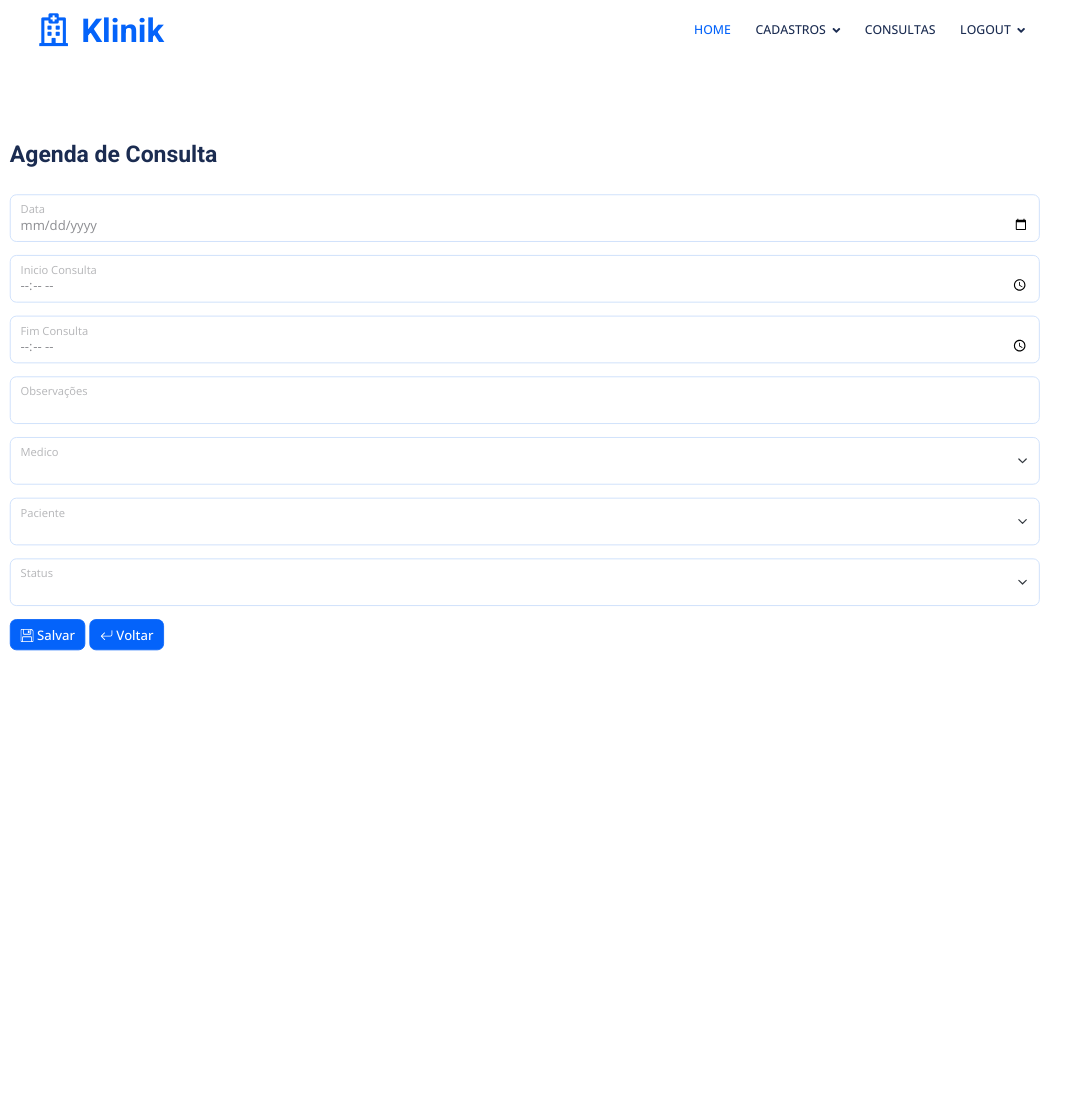
Repository: henrickrufino91/AgendaConsultas
Page: http://localhost/consulta/novaConsulta
These files come from the project's save history. The page is drawn as it stood at one moment and after the next save; the edit follows.
The browser window is 1280 px wide. The page is 1331 px wide, so the pictures cover 1331 px, including what lies to the right of the window. The pictures show the whole page, at 82% of full size.
Some web libraries are served in a nearby version. The page is this project's Thymeleaf template; nobody is signed in. The template is opened directly, without the code that normally fills it, so the values that code supplies are empty.

Above is the page before, as saved 2024-12-26 14:52:36.

### clinica/src/main/resources/templates/consulta/novaConsulta.html
<!DOCTYPE html>
<html lang="en">

<head>
    <meta charset="utf-8">
    <title>Nova Consulta</title>
    <meta content="width=device-width, initial-scale=1.0" name="viewport">
    <meta content="" name="keywords">
    <meta content="" name="description">

    <!-- Favicon -->
    <link href="img/favicon.ico" rel="icon">

    <!-- Google Web Fonts -->
    <link rel="preconnect" href="https://fonts.googleapis.com">
    <link rel="preconnect" href="https://fonts.gstatic.com" crossorigin>
    <link href="https://fonts.googleapis.com/css2?family=Open+Sans:wght@400;500&family=Roboto:wght@500;700;900&display=swap" rel="stylesheet">

    <!-- Icon Font Stylesheet -->
    <link href="https://cdnjs.cloudflare.com/ajax/libs/font-awesome/5.10.0/css/all.min.css" rel="stylesheet">
    <link href="https://cdn.jsdelivr.net/npm/bootstrap-icons@1.4.1/font/bootstrap-icons.css" rel="stylesheet">

    <!-- Libraries Stylesheet -->
    <link href="lib/animate/animate.min.css" rel="stylesheet">
    <link href="lib/owlcarousel/assets/owl.carousel.min.css" rel="stylesheet">
    <link href="lib/tempusdominus/css/tempusdominus-bootstrap-4.min.css" rel="stylesheet" />

    <!-- Customized Bootstrap Stylesheet -->
    <link href="css/bootstrap.min.css" rel="stylesheet">

    <!-- Template Stylesheet -->
    <link href="css/style.css" rel="stylesheet">
</head>

<body>
    <!-- Spinner Start -->
    <div id="spinner" class="show bg-white position-fixed translate-middle w-100 vh-100 top-50 start-50 d-flex align-items-center justify-content-center">
        <div class="spinner-grow text-primary" style="width: 3rem; height: 3rem;" role="status">
            <span class="sr-only">Loading...</span>
        </div>
    </div>
    <!-- Spinner End -->


    <!-- Topbar Start -->
    <div class="container-fluid bg-light p-0 wow fadeIn" data-wow-delay="0.1s">

    </div>
    <!-- Topbar End -->


    <!-- Navbar Start -->
    <nav class="navbar navbar-expand-lg bg-white navbar-light sticky-top p-0 wow fadeIn" data-wow-delay="0.1s">
        <a href="index.html" class="navbar-brand d-flex align-items-center px-4 px-lg-5">
            <h1 class="m-0 text-primary"><i class="far fa-hospital me-3"></i>Klinik</h1>
        </a>
        <button type="button" class="navbar-toggler me-4" data-bs-toggle="collapse" data-bs-target="#navbarCollapse">
            <span class="navbar-toggler-icon"></span>
        </button>
        <div class="collapse navbar-collapse" id="navbarCollapse">
            <div class="navbar-nav ms-auto p-4 p-lg-0">
                <a th:href="@{/index}" class="nav-item nav-link active">Home</a>

                <div class="nav-item dropdown">
                    <a href="#" class="nav-link dropdown-toggle" data-bs-toggle="dropdown">Cadastros</a>
                    <div class="dropdown-menu rounded-0 rounded-bottom m-0">
                       <a th:href="@{/novoPaciente}" class="dropdown-item">Pacientes</a>
                        <a th:href="@{/novoMedico}" class="dropdown-item">Médicos(as)</a>
                        <a th:href="@{/novoUsuario}" class="dropdown-item">Usuários</a>

                    </div>
                </div>
                <a th:href="@{/novaConsulta}" class="nav-item nav-link">Consultas</a>

                <div class="nav-item dropdown">
                    <a href="#" class="nav-link dropdown-toggle" data-bs-toggle="dropdown">Logout</a>
                    <div class="dropdown-menu rounded-0 rounded-bottom m-0">
                        <a th:href="@{/logout}" class="dropdown-item">Sair</a>

                    </div>
                </div>

            </div>
        </div>
    </nav>
    <!-- Navbar End -->


    <!-- Header Start -->
    <div class="container-fluid header bg-primary p-0 mb-5">




    </div>
    <!-- Header End -->


    <!-- About Start -->
    <div class="container-xxl py-5">

       <form method="post" th:action="@{/salvarConsulta}" th:object="${consulta}" autocomplete="off">

											<div class="alert alert-danger" role="alert" th:if="${msg}">
												<strong th:text="${msg}"></strong>
											</div>


											<h3>Agenda de Consulta</h3>

											<br>

                                            <div class="form-floating mb-3" id="a1">
                                                <input class="form-control" th:field="*{dataConsulta}" id="inputEmail" type="date" />
                                                <label for="inputEmail">Data</label>
                                            </div>

                                             <div class="form-floating mb-3" id="a1">
                                                <input class="form-control" th:field="*{inicioConsulta}" id="inputEmail" type="time" />
                                                <label for="inputEmail">Inicio Consulta</label>
                                            </div>

                                             <div class="form-floating mb-3" id="a1">
                                                <input class="form-control" th:field="*{fimConsulta}" id="inputEmail" type="time" />
                                                <label for="inputEmail">Fim Consulta</label>
                                            </div>

                                             <div class="form-floating mb-3" id="a1">
                                                <input class="form-control" th:field="*{observacoes}" id="inputEmail" type="text" />
                                                <label for="inputEmail">Observações</label>
                                            </div>


                                          	<div class="form-floating mb-3" id="a1">

  											<select class="form-select" name="f" aria-label="Default select example" th:field="*{medico}">

       						 				<option th:each="m : ${listarMedicos}" th:value="${m.codMedico}" th:text="${m.nomeMedico}" />
                           					</select>
                                            <label for="inputEmail">Medico</label>

                                            </div>


                                          	<div class="form-floating mb-3" id="a1">

  											<select class="form-select" name="f" aria-label="Default select example" th:field="*{paciente}">

       						 				<option th:each="p : ${listarPacientes}" th:value="${p.codPaciente}" th:text="${p.nomePaciente}" />
                           					</select>
                                            <label for="inputEmail">Paciente</label>

                                            </div>


                                          	<div class="form-floating mb-3" id="a1">

  											<select class="form-select" name="f" aria-label="Default select example" th:field="*{status}">

       						 				<option th:each="s : ${listarStatus}" th:value="${s.codStatus}" th:text="${s.descricao}" />
                           					</select>
                                            <label for="inputEmail">Status</label>

                                            </div>






                                            <div id="btt" class="form-floating mb-3">

										    <button type="submit" class="btn btn-primary"><svg xmlns="http://www.w3.org/2000/svg" width="16" height="16" fill="currentColor" class="bi bi-floppy" viewBox="0 0 16 16">
  											<path d="M11 2H9v3h2z"/>
  											<path d="M1.5 0h11.586a1.5 1.5 0 0 1 1.06.44l1.415 1.414A1.5 1.5 0 0 1 16 2.914V14.5a1.5 1.5 0 0 1-1.5 1.5h-13A1.5 1.5 0 0 1 0 14.5v-13A1.5 1.5 0 0 1 1.5 0M1 1.5v13a.5.5 0 0 0 .5.5H2v-4.5A1.5 1.5 0 0 1 3.5 9h9a1.5 1.5 0 0 1 1.5 1.5V15h.5a.5.5 0 0 0 .5-.5V2.914a.5.5 0 0 0-.146-.353l-1.415-1.415A.5.5 0 0 0 13.086 1H13v4.5A1.5 1.5 0 0 1 11.5 7h-7A1.5 1.5 0 0 1 3 5.5V1H1.5a.5.5 0 0 0-.5.5m3 4a.5.5 0 0 0 .5.5h7a.5.5 0 0 0 .5-.5V1H4zM3 15h10v-4.5a.5.5 0 0 0-.5-.5h-9a.5.5 0 0 0-.5.5z"/>
											</svg>  Salvar</button>


                                            <a class="btn btn-primary" th:href="@{/}"><svg xmlns="http://www.w3.org/2000/svg" width="16" height="16" fill="currentColor" class="bi bi-arrow-return-left" viewBox="0 0 16 16">
  											<path fill-rule="evenodd" d="M14.5 1.5a.5.5 0 0 1 .5.5v4.8a2.5 2.5 0 0 1-2.5 2.5H2.707l3.347 3.346a.5.5 0 0 1-.708.708l-4.2-4.2a.5.5 0 0 1 0-.708l4-4a.5.5 0 1 1 .708.708L2.707 8.3H12.5A1.5 1.5 0 0 0 14 6.8V2a.5.5 0 0 1 .5-.5"/>
											</svg> Voltar</a>


                                            </div>

                                        </form>




    </div>
    <!-- About End -->


    <!-- Service Start -->
    <div class="container-xxl py-5">

    </div>
    <!-- Service End -->


    <!-- Feature Start -->
    <div class="container-fluid bg-primary overflow-hidden my-5 px-lg-0">

    </div>
    <!-- Feature End -->


    <!-- Team Start -->
    <div class="container-xxl py-5">

    </div>
    <!-- Team End -->


    <!-- Appointment Start -->
    <div class="container-xxl py-5">

    </div>
    <!-- Appointment End -->


    <!-- Testimonial Start -->
    <div class="container-xxl py-5">

    </div>
    <!-- Testimonial End -->


    <!-- Footer Start -->

    </div>
    <!-- Footer End -->


    <!-- Back to Top -->
    <a href="#" class="btn btn-lg btn-primary btn-lg-square rounded-circle back-to-top"><i class="bi bi-arrow-up"></i></a>


    <!-- JavaScript Libraries -->
    <script src="https://code.jquery.com/jquery-3.4.1.min.js"></script>
    <script src="https://cdn.jsdelivr.net/npm/bootstrap@5.0.0/dist/js/bootstrap.bundle.min.js"></script>
    <script src="lib/wow/wow.min.js"></script>
    <script src="lib/easing/easing.min.js"></script>
    <script src="lib/waypoints/waypoints.min.js"></script>
    <script src="lib/counterup/counterup.min.js"></script>
    <script src="lib/owlcarousel/owl.carousel.min.js"></script>
    <script src="lib/tempusdominus/js/moment.min.js"></script>
    <script src="lib/tempusdominus/js/moment-timezone.min.js"></script>
    <script src="lib/tempusdominus/js/tempusdominus-bootstrap-4.min.js"></script>

    <!-- Template Javascript -->
    <script src="js/main.js"></script>
</body>

</html>

### clinica/src/main/resources/static/css/style.css
/********** Template CSS **********/
:root {
    --primary: #0463FA;
    --light: #EFF5FF;
    --dark: #1B2C51;
}

.fw-medium {
    font-weight: 500 !important;
}

.fw-bold {
    font-weight: 700 !important;
}

.fw-black {
    font-weight: 900 !important;
}

.back-to-top {
    position: fixed;
    display: none;
    right: 45px;
    bottom: 45px;
    z-index: 99;
}


/*** Spinner ***/
#spinner {
    opacity: 0;
    visibility: hidden;
    transition: opacity .5s ease-out, visibility 0s linear .5s;
    z-index: 99999;
}

#spinner.show {
    transition: opacity .5s ease-out, visibility 0s linear 0s;
    visibility: visible;
    opacity: 1;
}


/*** Button ***/
.btn {
    font-weight: 500;
    transition: .5s;
}

.btn.btn-primary,
.btn.btn-secondary {
    color: #FFFFFF;
}

.btn-square {
    width: 38px;
    height: 38px;
}

.btn-sm-square {
    width: 32px;
    height: 32px;
}

.btn-lg-square {
    width: 48px;
    height: 48px;
}

.btn-square,
.btn-sm-square,
.btn-lg-square {
    padding: 0;
    display: flex;
    align-items: center;
    justify-content: center;
    font-weight: normal;
}


/*** Navbar ***/
.navbar .dropdown-toggle::after {
    border: none;
    content: "\f107";
    font-family: "Font Awesome 5 Free";
    font-weight: 900;
    vertical-align: middle;
    margin-left: 8px;
}

.navbar .navbar-nav .nav-link {
    margin-right: 30px;
    padding: 25px 0;
    color: #FFFFFF;
    font-size: 15px;
    font-weight: 500;
    text-transform: uppercase;
    outline: none;
}

.navbar .navbar-nav .nav-link:hover,
.navbar .navbar-nav .nav-link.active {
    color: var(--primary);
}

@media (max-width: 991.98px) {
    .navbar .navbar-nav .nav-link  {
        margin-right: 0;
        padding: 10px 0;
    }

    .navbar .navbar-nav {
        border-top: 1px solid #EEEEEE;
    }
}

.navbar .navbar-brand,
.navbar a.btn {
    height: 75px;
}

.navbar .navbar-nav .nav-link {
    color: var(--dark);
    font-weight: 500;
}

.navbar.sticky-top {
    top: -100px;
    transition: .5s;
}

@media (min-width: 992px) {
    .navbar .nav-item .dropdown-menu {
        display: block;
        border: none;
        margin-top: 0;
        top: 150%;
        opacity: 0;
        visibility: hidden;
        transition: .5s;
    }

    .navbar .nav-item:hover .dropdown-menu {
        top: 100%;
        visibility: visible;
        transition: .5s;
        opacity: 1;
    }
}


/*** Header ***/
.header-carousel .owl-carousel-text {
    position: absolute;
    width: 100%;
    height: 100%;
    padding: 3rem;
    top: 0;
    left: 0;
    display: flex;
    align-items: center;
    justify-content: center;
    text-shadow: 0 0 30px rgba(0, 0, 0, .1);
}

.header-carousel .owl-nav {
    position: absolute;
    width: 200px;
    height: 45px;
    bottom: 30px;
    left: 50%;
    transform: translateX(-50%);
    display: flex;
    justify-content: space-between;
}

.header-carousel .owl-nav .owl-prev,
.header-carousel .owl-nav .owl-next {
    width: 45px;
    height: 45px;
    display: flex;
    align-items: center;
    justify-content: center;
    color: #FFFFFF;
    background: transparent;
    border: 1px solid #FFFFFF;
    border-radius: 45px;
    font-size: 22px;
    transition: .5s;
}

.header-carousel .owl-nav .owl-prev:hover,
.header-carousel .owl-nav .owl-next:hover {
    background: var(--primary);
    border-color: var(--primary);
}

.header-carousel .owl-dots {
    position: absolute;
    height: 45px;
    bottom: 30px;
    left: 50%;
    transform: translateX(-50%);
    display: flex;
    align-items: center;
    justify-content: center;
}

.header-carousel .owl-dot {
    position: relative;
    display: inline-block;
    margin: 0 5px;
    width: 15px;
    height: 15px;
    background: transparent;
    border: 1px solid #FFFFFF;
    border-radius: 15px;
    transition: .5s;
}

.header-carousel .owl-dot::after {
    position: absolute;
    content: "";
    width: 5px;
    height: 5px;
    top: 4px;
    left: 4px;
    background: #FFFFFF;
    border-radius: 5px;
}

.header-carousel .owl-dot.active {
    background: var(--primary);
    border-color: var(--primary);
}

.page-header {
    background: url(../img/header-page.jpg) top center no-repeat;
    background-size: cover;
    text-shadow: 0 0 30px rgba(0, 0, 0, .1);
}

.breadcrumb-item + .breadcrumb-item::before {
    color: var(--light);
}


/*** Service ***/
.service-item {
    transition: .5s;
}

.service-item:hover {
    margin-top: -10px;
    box-shadow: 0 .5rem 1.5rem rgba(0, 0, 0, .08);
}

.service-item .btn {
    width: 40px;
    height: 40px;
    display: inline-flex;
    align-items: center;
    background: #FFFFFF;
    border-radius: 40px;
    white-space: nowrap;
    overflow: hidden;
    transition: .5s;
}

.service-item:hover .btn {
    width: 140px;
}


/*** Feature ***/
@media (min-width: 992px) {
    .container.feature {
        max-width: 100% !important;
    }

    .feature-text  {
        padding-left: calc(((100% - 960px) / 2) + .75rem);
    }
}

@media (min-width: 1200px) {
    .feature-text  {
        padding-left: calc(((100% - 1140px) / 2) + .75rem);
    }
}

@media (min-width: 1400px) {
    .feature-text  {
        padding-left: calc(((100% - 1320px) / 2) + .75rem);
    }
}


/*** Team ***/
.team-item img {
    position: relative;
    top: 0;
    transition: .5s;
}

.team-item:hover img {
    top: -30px;
}

.team-item .team-text {
    position: relative;
    height: 100px;
    transition: .5s;
}

.team-item:hover .team-text {
    margin-top: -60px;
    height: 160px;
}

.team-item .team-text .team-social {
    opacity: 0;
    transition: .5s;
}

.team-item:hover .team-text .team-social {
    opacity: 1;
}

.team-item .team-social .btn {
    display: inline-flex;
    color: var(--primary);
    background: #FFFFFF;
    border-radius: 40px;
}

.team-item .team-social .btn:hover {
    color: #FFFFFF;
    background: var(--primary);
}


/*** Appointment ***/
.bootstrap-datetimepicker-widget.bottom {
    top: auto !important;
}

.bootstrap-datetimepicker-widget .table * {
    border-bottom-width: 0px;
}

.bootstrap-datetimepicker-widget .table th {
    font-weight: 500;
}

.bootstrap-datetimepicker-widget.dropdown-menu {
    padding: 10px;
    border-radius: 2px;
}

.bootstrap-datetimepicker-widget table td.active,
.bootstrap-datetimepicker-widget table td.active:hover {
    background: var(--primary);
}

.bootstrap-datetimepicker-widget table td.today::before {
    border-bottom-color: var(--primary);
}


/*** Testimonial ***/
.testimonial-carousel::before {
    position: absolute;
    content: "";
    top: 0;
    left: 0;
    height: 100%;
    width: 0;
    background: linear-gradient(to right, rgba(255, 255, 255, 1) 0%, rgba(255, 255, 255, 0) 100%);
    z-index: 1;
}

.testimonial-carousel::after {
    position: absolute;
    content: "";
    top: 0;
    right: 0;
    height: 100%;
    width: 0;
    background: linear-gradient(to left, rgba(255, 255, 255, 1) 0%, rgba(255, 255, 255, 0) 100%);
    z-index: 1;
}

@media (min-width: 768px) {
    .testimonial-carousel::before,
    .testimonial-carousel::after {
        width: 200px;
    }
}

@media (min-width: 992px) {
    .testimonial-carousel::before,
    .testimonial-carousel::after {
        width: 300px;
    }
}

.testimonial-carousel .owl-item .testimonial-text {
    background: var(--light);
    transform: scale(.8);
    transition: .5s;
}

.testimonial-carousel .owl-item.center .testimonial-text {
    background: var(--primary);
    transform: scale(1);
}

.testimonial-carousel .owl-item .testimonial-text *,
.testimonial-carousel .owl-item .testimonial-item img {
    transition: .5s;
}

.testimonial-carousel .owl-item.center .testimonial-text * {
    color: var(--light) !important;
}

.testimonial-carousel .owl-item.center .testimonial-item img {
    background: var(--primary) !important;
}

.testimonial-carousel .owl-nav {
    position: absolute;
    width: 350px;
    top: 15px;
    left: 50%;
    transform: translateX(-50%);
    display: flex;
    justify-content: space-between;
    opacity: 0;
    transition: .5s;
    z-index: 1;
}

.testimonial-carousel:hover .owl-nav {
    width: 300px;
    opacity: 1;
}

.testimonial-carousel .owl-nav .owl-prev,
.testimonial-carousel .owl-nav .owl-next {
    position: relative;
    color: var(--primary);
    font-size: 45px;
    transition: .5s;
}

.testimonial-carousel .owl-nav .owl-prev:hover,
.testimonial-carousel .owl-nav .owl-next:hover {
    color: var(--dark);
}


/*** Footer ***/
.footer .btn.btn-social {
    margin-right: 5px;
    width: 35px;
    height: 35px;
    display: flex;
    align-items: center;
    justify-content: center;
    color: var(--light);
    border: 1px solid #FFFFFF;
    transition: .3s;
}

.footer .btn.btn-social:hover {
    color: var(--primary);
}

.footer .btn.btn-link {
    display: block;
    margin-bottom: 5px;
    padding: 0;
    text-align: left;
    color: #FFFFFF;
    font-size: 15px;
    font-weight: normal;
    text-transform: capitalize;
    transition: .3s;
}

.footer .btn.btn-link::before {
    position: relative;
    content: "\f105";
    font-family: "Font Awesome 5 Free";
    font-weight: 900;
    margin-right: 10px;
}

.footer .btn.btn-link:hover {
    color: var(--primary);
    letter-spacing: 1px;
    box-shadow: none;
}

.footer .copyright {
    padding: 25px 0;
    font-size: 15px;
    border-top: 1px solid rgba(256, 256, 256, .1);
}

.footer .copyright a {
    color: var(--light);
}

.footer .copyright a:hover {
    color: var(--primary);
}

### clinica/src/main/resources/static/js/main.js
(function ($) {
    "use strict";

    // Spinner
    var spinner = function () {
        setTimeout(function () {
            if ($('#spinner').length > 0) {
                $('#spinner').removeClass('show');
            }
        }, 1);
    };
    spinner();


    // Initiate the wowjs
    new WOW().init();


    // Sticky Navbar
    $(window).scroll(function () {
        if ($(this).scrollTop() > 300) {
            $('.sticky-top').addClass('shadow-sm').css('top', '0px');
        } else {
            $('.sticky-top').removeClass('shadow-sm').css('top', '-100px');
        }
    });


    // Back to top button
    $(window).scroll(function () {
        if ($(this).scrollTop() > 300) {
            $('.back-to-top').fadeIn('slow');
        } else {
            $('.back-to-top').fadeOut('slow');
        }
    });
    $('.back-to-top').click(function () {
        $('html, body').animate({scrollTop: 0}, 1500, 'easeInOutExpo');
        return false;
    });


    // Facts counter
    $('[data-toggle="counter-up"]').counterUp({
        delay: 10,
        time: 2000
    });


    // Date and time picker
    $('.date').datetimepicker({
        format: 'L'
    });
    $('.time').datetimepicker({
        format: 'LT'
    });


    // Header carousel
    $(".header-carousel").owlCarousel({
        autoplay: false,
        animateOut: 'fadeOutLeft',
        items: 1,
        dots: true,
        loop: true,
        nav : true,
        navText : [
            '<i class="bi bi-chevron-left"></i>',
            '<i class="bi bi-chevron-right"></i>'
        ]
    });


    // Testimonials carousel
    $(".testimonial-carousel").owlCarousel({
        autoplay: false,
        smartSpeed: 1000,
        center: true,
        dots: false,
        loop: true,
        nav : true,
        navText : [
            '<i class="bi bi-arrow-left"></i>',
            '<i class="bi bi-arrow-right"></i>'
        ],
        responsive: {
            0:{
                items:1
            },
            768:{
                items:2
            }
        }
    });


})(jQuery);

Loaded but not shown: clinica/src/main/resources/static/lib/animate/animate.min.css (library); clinica/src/main/resources/static/lib/owlcarousel/assets/owl.carousel.min.css (common file); clinica/src/main/resources/static/lib/tempusdominus/css/tempusdominus-bootstrap-4.min.css (library); clinica/src/main/resources/static/css/bootstrap.min.css (library); clinica/src/main/resources/static/lib/wow/wow.min.js (library); clinica/src/main/resources/static/lib/easing/easing.min.js (common file); clinica/src/main/resources/static/lib/waypoints/waypoints.min.js (library); clinica/src/main/resources/static/lib/counterup/counterup.min.js (common file); clinica/src/main/resources/static/lib/owlcarousel/owl.carousel.min.js (library); clinica/src/main/resources/static/lib/tempusdominus/js/moment.min.js (library); clinica/src/main/resources/static/lib/tempusdominus/js/moment-timezone.min.js (library); clinica/src/main/resources/static/lib/tempusdominus/js/tempusdominus-bootstrap-4.min.js (library)

After the next save:
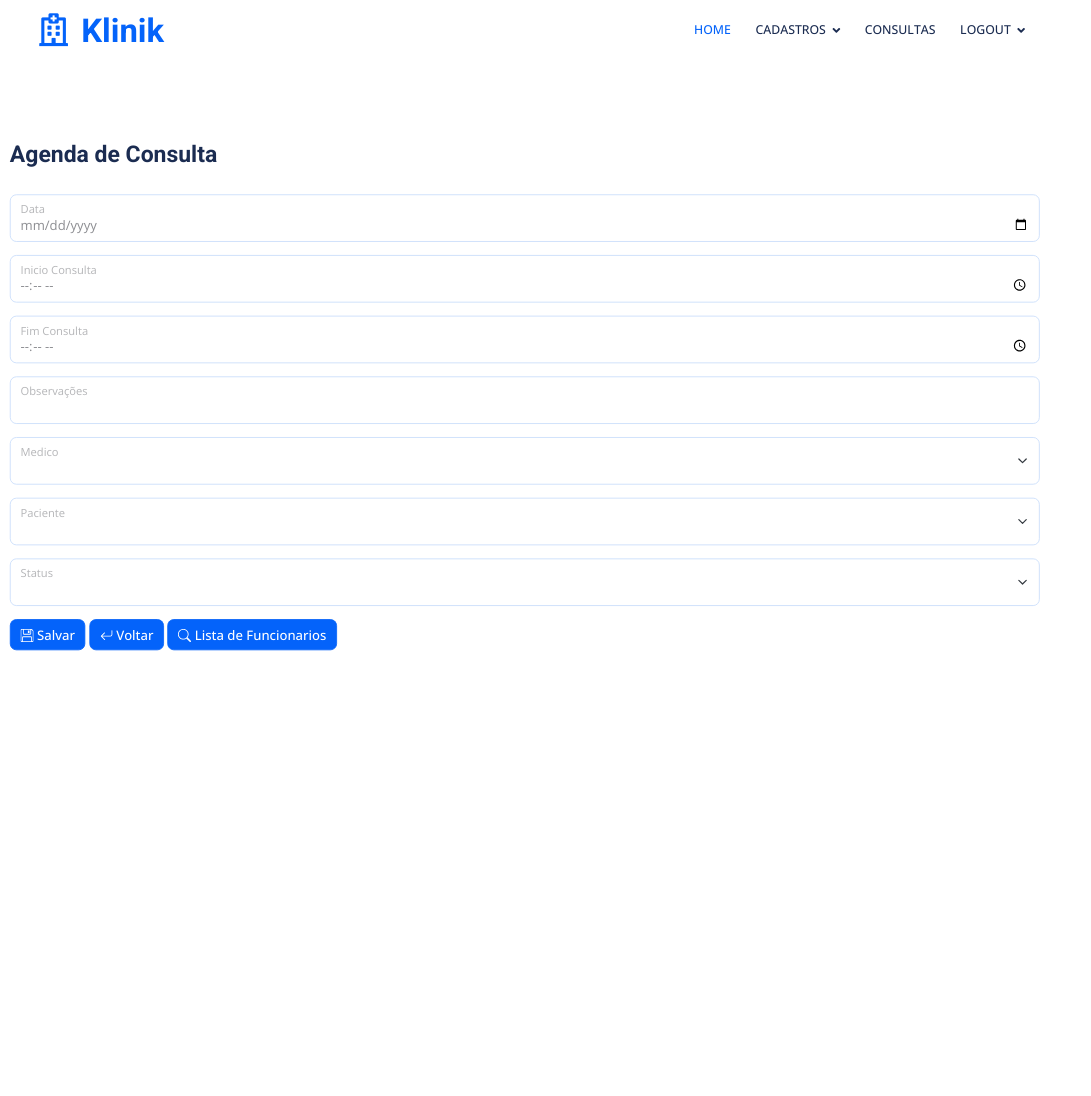
Saved 2 h 7 min later.
--- a/clinica/src/main/resources/templates/consulta/novaConsulta.html
+++ b/clinica/src/main/resources/templates/consulta/novaConsulta.html
@@ -181,6 +181,12 @@
 											</svg> Voltar</a>
 
 
+                                            <a class="btn btn-primary" th:href="@{/listarConsultas}"><svg xmlns="http://www.w3.org/2000/svg" width="16" height="16" fill="currentColor" class="bi bi-search" viewBox="0 0 16 16">
+  											<path d="M11.742 10.344a6.5 6.5 0 1 0-1.397 1.398h-.001q.044.06.098.115l3.85 3.85a1 1 0 0 0 1.415-1.414l-3.85-3.85a1 1 0 0 0-.115-.1zM12 6.5a5.5 5.5 0 1 1-11 0 5.5 5.5 0 0 1 11 0"/>
+											</svg> Lista de Funcionarios</a>
+
+
+
                                             </div>
 
                                         </form>
